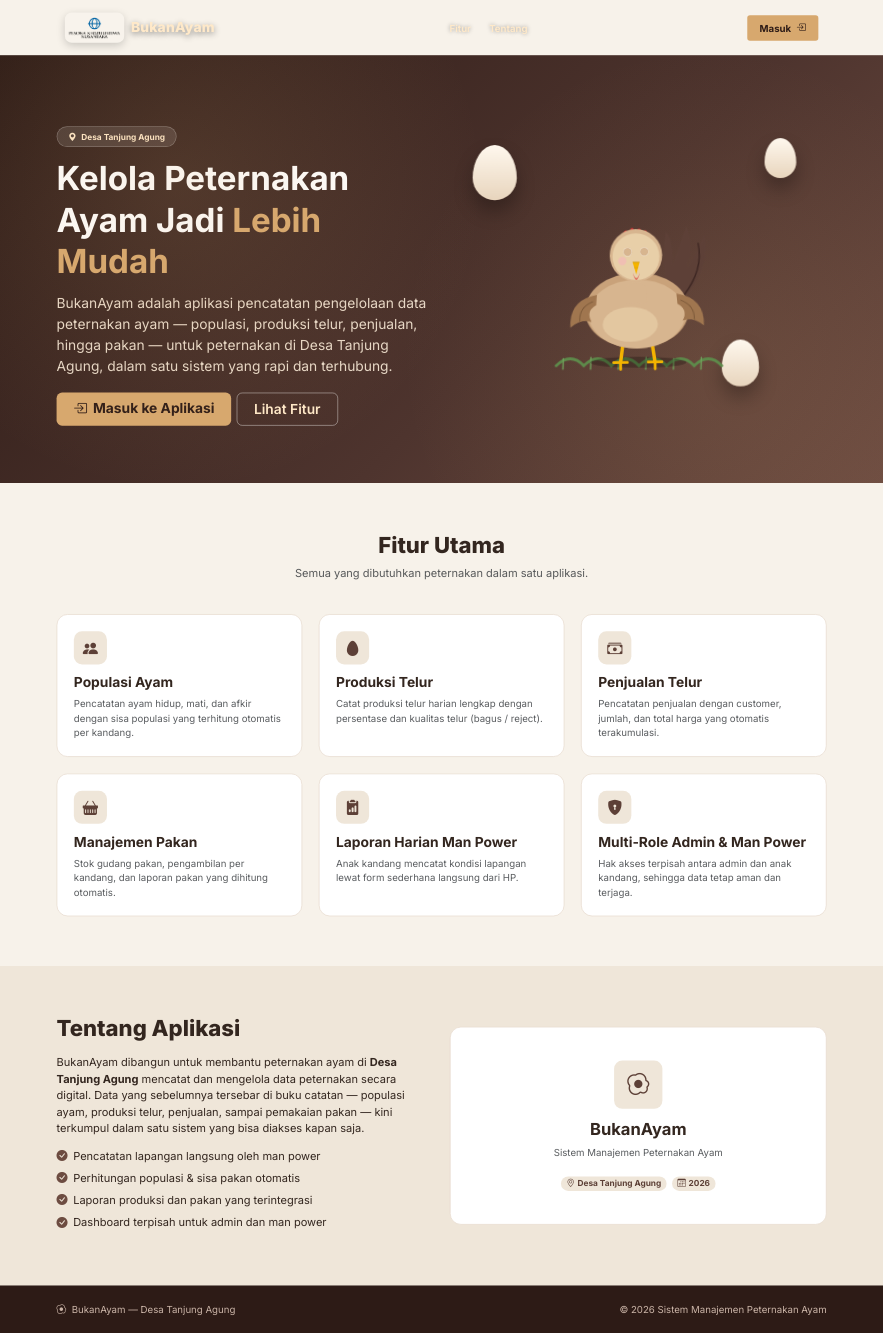
Repository: syafira-nur25/bukanayampart1
Page: http://localhost/
An editor plug-in stored every save of this project. The page is shown before and after a run of saves, followed by the edit.
The browser window is 1280 px wide. The pictures show the whole page, at 69% of full size.
The page is served by the project's Laravel application, run on PHP 8.4 with Laravel 12.

Above is the page before, as saved 2026-08-17 12:41:32.

After the next 3 saves:
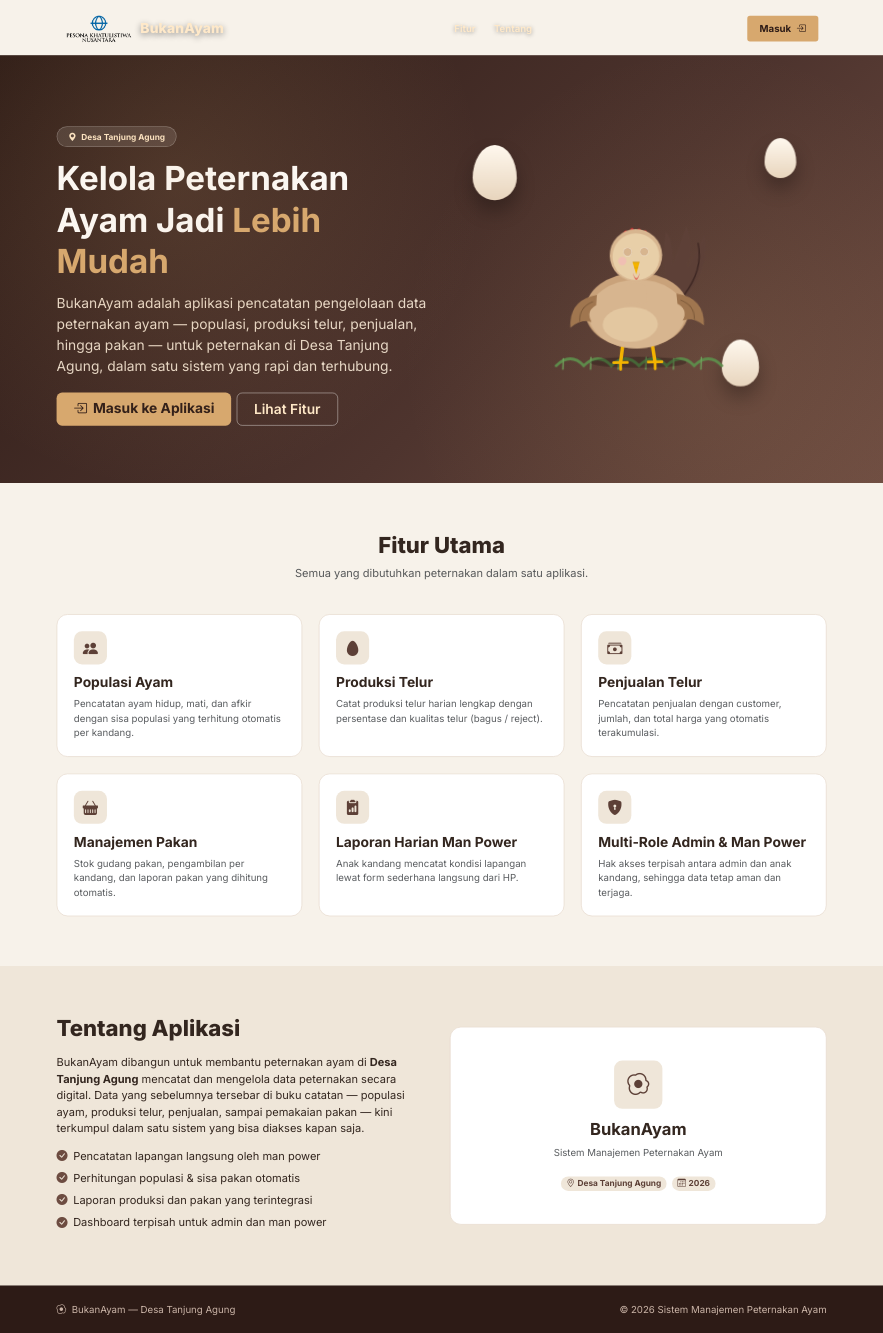
The 3 saves are shown as one change because they came seconds apart.
The last was saved 21 s later.
--- a/resources/views/landing.blade.php
+++ b/resources/views/landing.blade.php
@@ -31,16 +31,28 @@ body{font-family:'Inter',sans-serif;background:var(--krem);color:#33261f;margin:
   display:flex; align-items:center; gap:10px;
   text-decoration:none;
 }
+/* Logo perusahaan — bersih, tanpa background/border/bayangan */
 .nav-logo{
-  height: 44px;
+  height: 46px;
   width: auto;
   object-fit: contain;
-  border-radius: 10px;
-  background: rgba(255,255,255,.12);
-  padding: 4px;
-  transition: all .3s ease;
-  box-shadow: 0 4px 12px rgba(0,0,0,.18);
-}
+  display: block;
+  background: transparent;
+  border: none;
+  box-shadow: none;
+  border-radius: 0;
+  padding: 0;
+}
+.nav-landing.scrolled .nav-logo{ height: 40px; }
+
+.brand-divider{
+  width: 1px;
+  height: 32px;
+  background: currentColor;
+  opacity: .25;
+  margin: 0 12px;
+}
+
 .brand-text{
   font-weight: 800;
   font-size: 20px;
